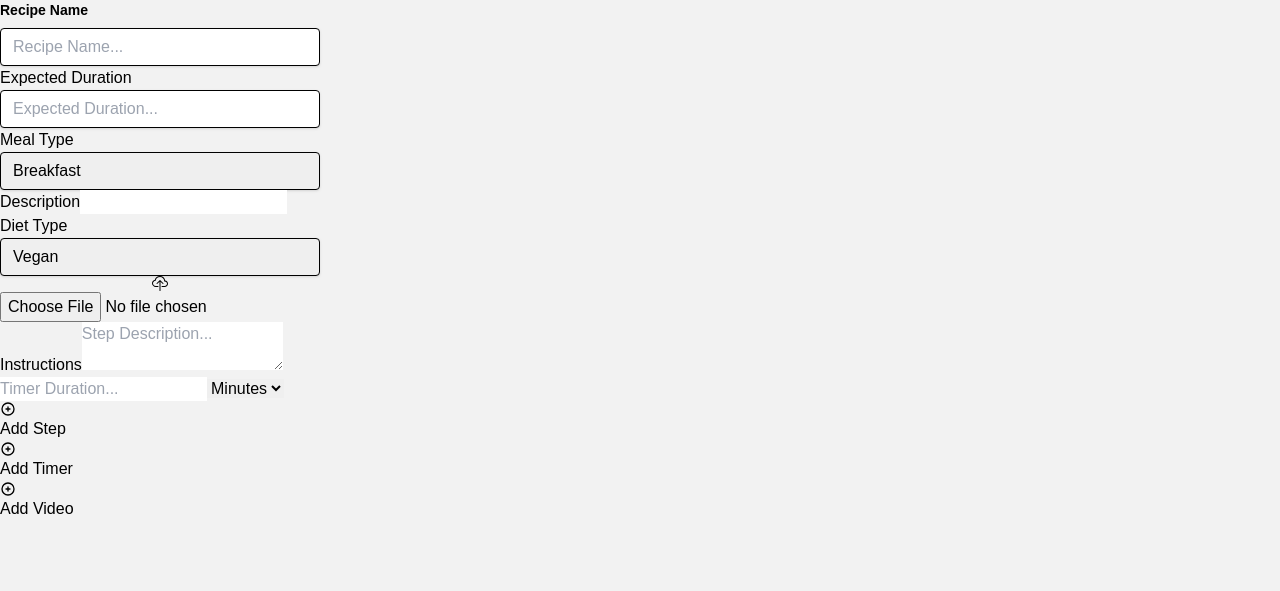
Repository: stvnsok/-capstone-project-3900-w18a-terraluna
Page: /new_recipe (app in frontend/)
The author's editor kept a copy of each file at every save. The page is drawn from the files as they stood at one save, then again after the next save.
The browser window is 1280 px wide. The pictures show the whole page.
The project was rebuilt for these pictures with package versions that can differ from the ones it lists, and the page was loaded fresh each time. Also part of the build but not shown: frontend/src/services/auth.service.ts, frontend/src/api.ts, frontend/src/services/recipeContributor.service.ts, frontend/src/components/global/Modal.tsx, frontend/src/components/global/TextInput.tsx, frontend/src/components/Auth/helperFunctions.ts, frontend/src/components/Auth/ChangeEmailForm.tsx, frontend/src/components/Auth/ChangePasswordForm.tsx and 10 more.

Above is the page before, as saved 2022-07-19 21:40:56.

### frontend/src/App.tsx
import NavBar from './components/NavBar';
import './index.css';
import React from 'react';
import { ToastContainer } from 'react-toastify';
import 'react-toastify/dist/ReactToastify.min.css';
import { BrowserRouter, Route, Routes } from 'react-router-dom';
import MyRecipes from './components/MyRecipes/MyRecipes';
import CreateRecipeCard from './components/NewRecipe/CreateRecipeCard';

function App() {
  return (
    <BrowserRouter>
      <div className="bg-tl-inactive-white min-h-screen min-w-full">
        <div className='fixed w-full z-[1000]'>
          <ToastContainer
            position='top-center'
            autoClose={3000}
            hideProgressBar={true}
            newestOnTop={true}
            closeOnClick
            closeButton={<></>}
            rtl={false}
            pauseOnFocusLoss
            draggable
            pauseOnHover
          />
        </div>
        <Routes>
          <Route path="/" element={<NavBar/>} />
          <Route path="/my_recipes" element={<MyRecipes />} />
          <Route path ="/new_recipe" element={<CreateRecipeCard />} />
        </Routes>
      </div>
    </BrowserRouter>

  );
}

export default App;

### frontend/src/components/NewRecipe/CreateRecipeCard.tsx
import React, { useState, useEffect } from 'react';
import { BsCloudUpload } from 'react-icons/bs';
import { HiOutlinePlusCircle } from 'react-icons/hi';
import { useForm } from 'react-hook-form'
import Button from '../global/Button';

type recipeForm = {
    name:string
    cookTime:number
    description:string
    recipeInstructions:string[];
    mealType:string
    dietType:string
    timerDuration:number[];
    timerUnits:string;
    requiredIngredients:string[];
    recipePhoto_url: string;
    recipeVideo_url: string;
}


export default function CreateRecipe () {

    const { register, handleSubmit } = useForm<recipeForm>();
    const [image, setImage] = useState<File>();
    const [preview, setPreview] = useState<string>();
    // const inputFileRef = useRef<HTMLInputElement | null>(null);

    const onSubmit = async (data: recipeForm) => {
        console.log(data);
        //TODO: API REQUEST TO BACKEND
    }

    useEffect(() => {
        if (image) {
          const reader = new FileReader();
          reader.onloadend = () => {
            setPreview(reader.result as string);
          };
          reader.readAsDataURL(image);
        } else {
          setPreview('');
        }
      }, [image]);

    return <React.Fragment>
        <div className = 'w-full max-w-xs justify-content center'>

            <form>
                <div>
                    <label htmlFor='name' className = 'block text-gray-700 text-sm font-bold mb-2'> Recipe Name</label>
                    <input
                        {...register('name')}
                        placeholder = "Recipe Name..."
                        className = 'shadow appearance-none border rounded w-full py-2 px-3 text-gray-700 leading-tight focus:outline-none focus:shadow-lg'
                    />
                </div>
                <div>
                    <label htmlFor = 'cookTime'> Expected Duration</label>
                    <input
                        {...register('cookTime')}
                        placeholder = "Expected Duration..."
                        className = 'shadow appearance-none border rounded w-full py-2 px-3 text-gray-700 leading-tight focus:outline-none focus:shadow-lg'
                    />
                </div>
                <div>
                    <label htmlFor = 'mealType'> Meal Type</label>
                    <select
                        {...register('mealType')}
                        placeholder = 'Meal Type...'
                        className = 'shadow appearance-none border rounded w-full py-2 px-3 text-gray-700 leading-tight focus:outline-none focus:shadow-lg'
                    >
                        <option value = 'breakfast'>Breakfast</option>
                        <option value = 'lunch'>Lunch</option>
                        <option value = 'dinner'>Dinner</option>
                        <option value = 'snack'>Snack</option>
                    </select>
                </div>
                <div>
                    <label htmlFor = 'description'> Description</label>
                    <input {...register('description')}/>

                </div>
                <div>
                    <label htmlFor = 'dietType'> Diet Type</label>
                    <select
                        {...register('dietType')}
                        className = 'shadow appearance-none border rounded w-full py-2 px-3 text-gray-700 leading-tight focus:outline-none focus:shadow-lg'
                    >
                        <option value = 'vegan'>Vegan</option>
                        <option value = 'vegetarian'>Vegetarian</option>
                        <option value = 'gluten-free'>Gluten-Free</option>
                        <option value = 'dairy-free'>Dairy-Free</option>
                        <option value = 'nut-free'>Nut-Free</option>
                        <option value = 'Halal'>Halal</option>

                    </select>
                </div>
                <div className = 'mborder border-dashed border-tl-active-green '>
                    {preview ? <img src = {preview} alt = 'recipe'/>
                    : (
                    <div className = 'flex justify-center items-center'>
                        <BsCloudUpload
                            className = 'icon-large'
                        />
                    </div>
                    )}
                    <input
                        type = 'file'
                        accept = "image/*"
                        {...register('recipePhoto_url')}
                        onChange = {(e) => {
                            e.preventDefault();
                            setImage(e.target.files?.[0]);
                        }}
                    />
                    {/* <Button
                            onClick = {() => {
                                inputFileRef.current.click();
                            }}
                        text={('Upload Photo')}
                    /> */}
                </div>
                <div>
                    <label htmlFor = 'Instruction'> Instructions</label>
                    <textarea
                        {...register('recipeInstructions')}
                        placeholder = 'Step Description...'

                    />

                    <input
                        {...register('timerDuration')}
                        placeholder = 'Timer Duration...'
                    />
                    <select
                        placeholder='Timer Units'
                        {...register('timerUnits')}
                    >
                        <option value = 'minutes'>Minutes</option>
                        <option value = 'hours'>Hours</option>
                    </select>
                    <HiOutlinePlusCircle
                        onClick = {() => {
                            console.log('Todo:add step');
                        }}
                    />
                    Add Step
                    <HiOutlinePlusCircle
                        onClick = {() => {
                            console.log('Todo:add timer');
                        }}
                    />
                    Add Timer
                    <HiOutlinePlusCircle
                        onClick = {() => {
                            console.log('Todo:add video');
                        }}
                    />
                    Add Video
                </div>

                <div>
                    <Button
                        onClick = {handleSubmit(onSubmit)}
                    />

                </div>


            </form>
        </div>
    </React.Fragment>
}

### frontend/src/components/global/Button.tsx
import React from "react";

interface ButtonProps {
    className?: string;
    onClick: () => void;
    text?: string | JSX.Element;
}

const Button =  ({
    className,
    onClick,
    text
}: ButtonProps) => {
    return (<button
        className={className + ' hover:opacity-75'}
        onClick={onClick}
    >
        {text ?? ''}
    </button>)
}

export default Button

### frontend/tailwind.config.js
/** @type {import('tailwindcss').Config} */
module.exports = {
  content: ["./src/**/*.{js,jsx,ts,tsx}",],
  theme: {
    colors: {
      tl: {
        'inactive-white': '#f2f2f2',
        'active-white': '#ffffff',
        'inactive-blue': '#4FFFC0',
        'active-blue': '#2461FF',
        'inactive-green': '#A8F59B',
        'active-green': '#4BB03A',
        'inactive-red': '#FF7E7E',
        'active-red': '#FF3030',
        'inactive-black': '#282828',
        'active-black': '#000000',
        'inactive-grey': '#8e8e8e',
        'active-grey': '#4d4d4d',
      }
    },
    fontFamily: {
      sans: ['Graphik', 'sans-serif'],
      serif: ['Merriweather', 'serif'],
    },
    extend: {
      spacing: {
        '8xl': '96rem',
        '9xl': '128rem',
      },
      borderRadius: {
        '4xl': '2rem',
      }
    }
  },
  plugins: [],
}

Loaded but not shown: frontend/public/index.html (common file); frontend/src/index.js (common file); frontend/src/index.css (common file); frontend/src/reportWebVitals.js (common file)

After the next save:
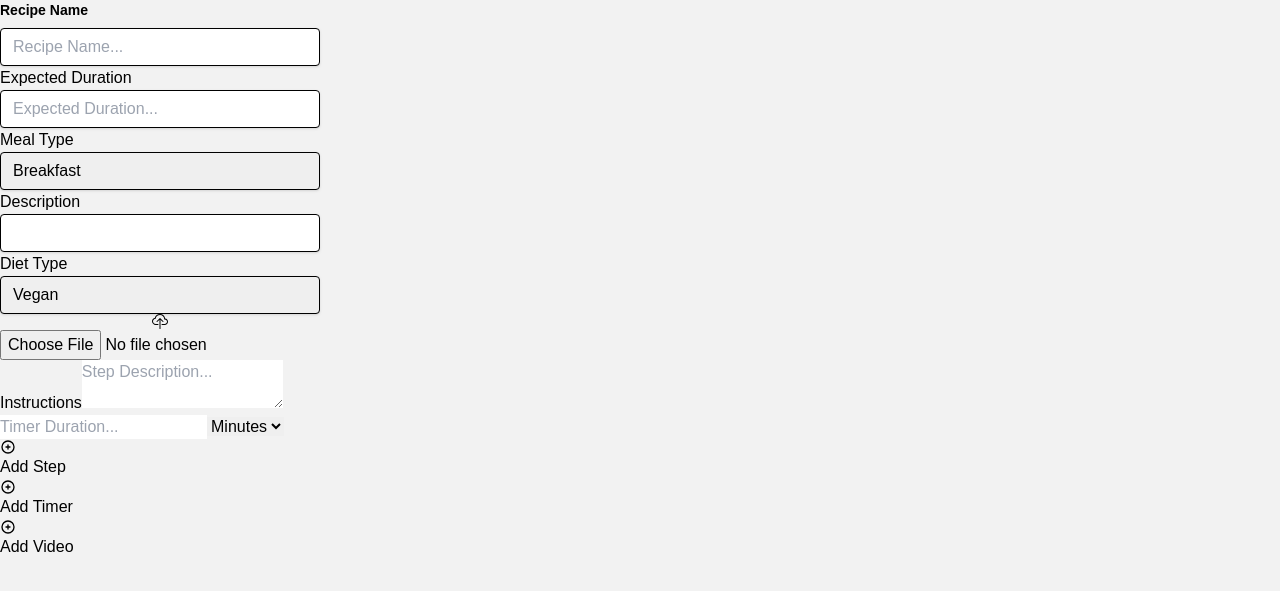
Saved 29 s later.
--- a/frontend/src/components/NewRecipe/CreateRecipeCard.tsx
+++ b/frontend/src/components/NewRecipe/CreateRecipeCard.tsx
@@ -78,7 +78,11 @@ export default function CreateRecipe () {
                 </div>
                 <div>
                     <label htmlFor = 'description'> Description</label>
-                    <input {...register('description')}/>
+                    <input
+                        {...register('description')}
+                        className = 'shadow appearance-none border rounded w-full py-2 px-3 text-gray-700 leading-tight focus:outline-none focus:shadow-lg'
+
+                    />
 
                 </div>
                 <div>
